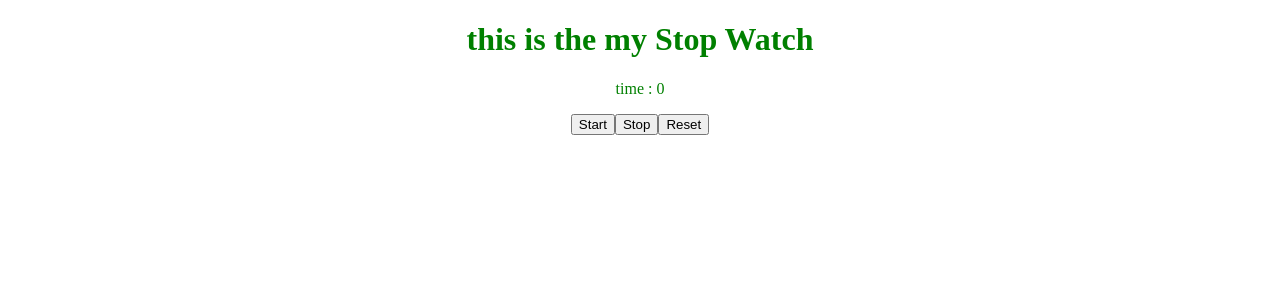
Repository: Gauravyadav678/GcounterApp
Page: / (app in gcounter/)
These files come from the project's save history. The page is drawn as it stood at one moment and after the next save; the edit follows.
The browser window is 1280 px wide. The pictures show the whole page.
The project was rebuilt for these pictures with package versions that can differ from the ones it lists, and the page was loaded fresh each time. Also part of the build but not shown: gcounter/src/index.css, gcounter/src/components/typing.js, gcounter/src/counter.js.

Above is the page before, as saved 2024-10-23 20:04:38.

### gcounter/public/index.html
<!DOCTYPE html>
<html lang="en">
  <head>
    <meta charset="utf-8" />

    <meta name="viewport" content="width=device-width, initial-scale=1" />
    <meta name="theme-color" content="#000000" />


  </head>
  <body>

    <div id="root"></div>
  </body>
</html>

### gcounter/src/App.js

import './App.css';
import StopWatch from './components/stopWatch';
import TypingWithG from './components/typing';
import CounterApp from './counter';


function App() {
  return (
    <div className="App">
      <>
      {/* <h1>This is the counter App</h1> */}
      {/* <CounterApp/>
      <TypingWithG/> */}
      <StopWatch/>
      </>
    </div>
  );
}

export default App;

### gcounter/src/App.css
.App{
  text-align: center;
  color: green;
}

### gcounter/src/components/stopWatch.js
import React ,{useState , useEffect} from "react";

function StopWatch(){
    const [time,settime]=useState(0);
    const [isActive,setisActive]=useState(false);

     useEffect(()=>{
        let interval;
        if(isActive){
            interval = setInterval ( () => {
                settime((prev) => prev+1 );
            },100)
        }
        return ()=> clearInterval(interval);
     },[isActive]);

    const start = () => {
       setisActive(true);
    }

    const EndWatch = () => {
        setisActive(false);
    }

    const resetTime =  () =>{
        EndWatch();
        settime(0);
    }
     return(
        <>
        <h1>
         this is the my Stop Watch
        </h1>

        <p>time : {time}</p>
        <button onClick={start}>Start</button>

        <button onClick={EndWatch}>Stop</button>
        <button onClick={resetTime}>Reset </button>
        </>
    )
}

export default StopWatch;

### gcounter/src/components/todoApp.js

import React, {useState , useEffect} from "react";

function TodoApp(){
    return(
        <>
        <h1>This is To Do App</h1>
        </>
    )
}

export default TodoApp;

Loaded but not shown: gcounter/src/index.js (common file); gcounter/src/reportWebVitals.js (common file)

After the next save:
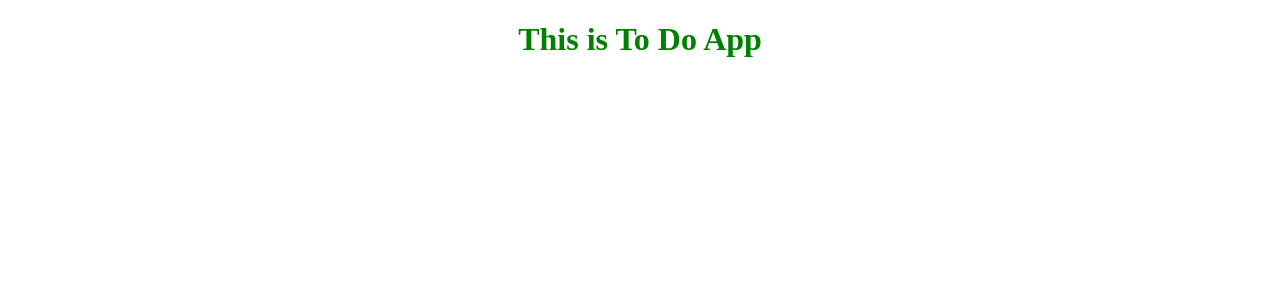
Saved 19 s later.
--- a/gcounter/src/App.js
+++ b/gcounter/src/App.js
@@ -1,6 +1,7 @@
 
 import './App.css';
 import StopWatch from './components/stopWatch';
+import TodoApp from './components/todoApp';
 import TypingWithG from './components/typing';
 import CounterApp from './counter';
 
@@ -12,7 +13,8 @@ function App() {
       {/* <h1>This is the counter App</h1> */}
       {/* <CounterApp/>
       <TypingWithG/> */}
-      <StopWatch/>
+      {/* <StopWatch/> */}
+      <TodoApp/>
       </>
     </div>
   );
